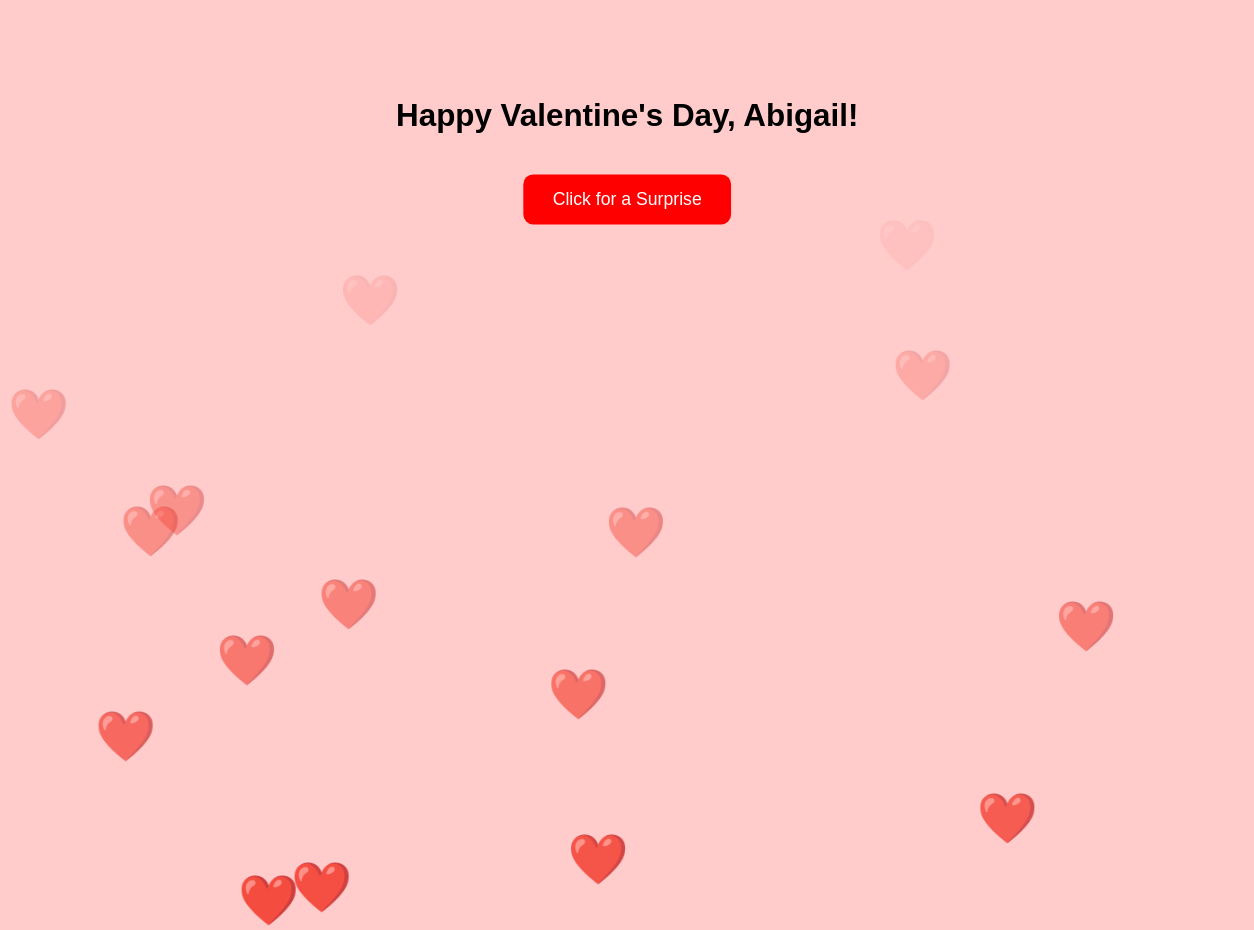
Repository: Jothankato05/Valentine
Page: Valentine/index.html
An editor plug-in stored every save of this project. The page is shown before and after a run of saves, followed by the edit.
The browser window is 1280 px wide. The pictures show the whole page, at 98% of full size.

Above is the page before, as saved 2025-02-14 14:31:54.

### Valentine/index.html
<!DOCTYPE html>
<html lang="en">
<head>
    <meta charset="UTF-8">
    <meta name="viewport" content="width=device-width, initial-scale=1.0">
    <title>Valentine's Surprise for S</title>
    <style>
        body {
            background-color: #ffcccb;
            text-align: center;
            font-family: 'Arial', sans-serif;
            overflow: hidden;
        }
        .container {
            margin-top: 100px;
        }
        .heart {
            color: red;
            font-size: 50px;
            position: absolute;
            animation: float 5s linear infinite;
        }
        @keyframes float {
            0% { transform: translateY(100vh); opacity: 1; }
            100% { transform: translateY(-10vh); opacity: 0; }
        }
        #surpriseBtn {
            background-color: red;
            color: white;
            padding: 15px 30px;
            border: none;
            font-size: 18px;
            cursor: pointer;
            border-radius: 10px;
            margin-top: 20px;
        }
        #message {
            display: none;
            font-size: 24px;
            color: darkred;
            margin-top: 20px;
        }
    </style>
</head>
<body>
    <div class="container">
        <h1>Happy Valentine's Day, Abigail!</h1>
        <button id="surpriseBtn">Click for a Surprise</button>
        <p id="message">You are the most amazing person in my life. I cherish you! ❤️</p>
    </div>

    <script>
        function createHeart() {
            const heart = document.createElement('div');
            heart.classList.add('heart');
            heart.innerHTML = '❤️';
            heart.style.left = Math.random() * 100 + 'vw';
            heart.style.animationDuration = Math.random() * 3 + 2 + 's';
            document.body.appendChild(heart);

            setTimeout(() => {
                heart.remove();
            }, 5000);
        }

        setInterval(createHeart, 300);

        document.getElementById('surpriseBtn').addEventListener('click', function() {
            document.getElementById('message').style.display = 'block';
        });
    </script>
</body>
</html>

After the next 3 saves:
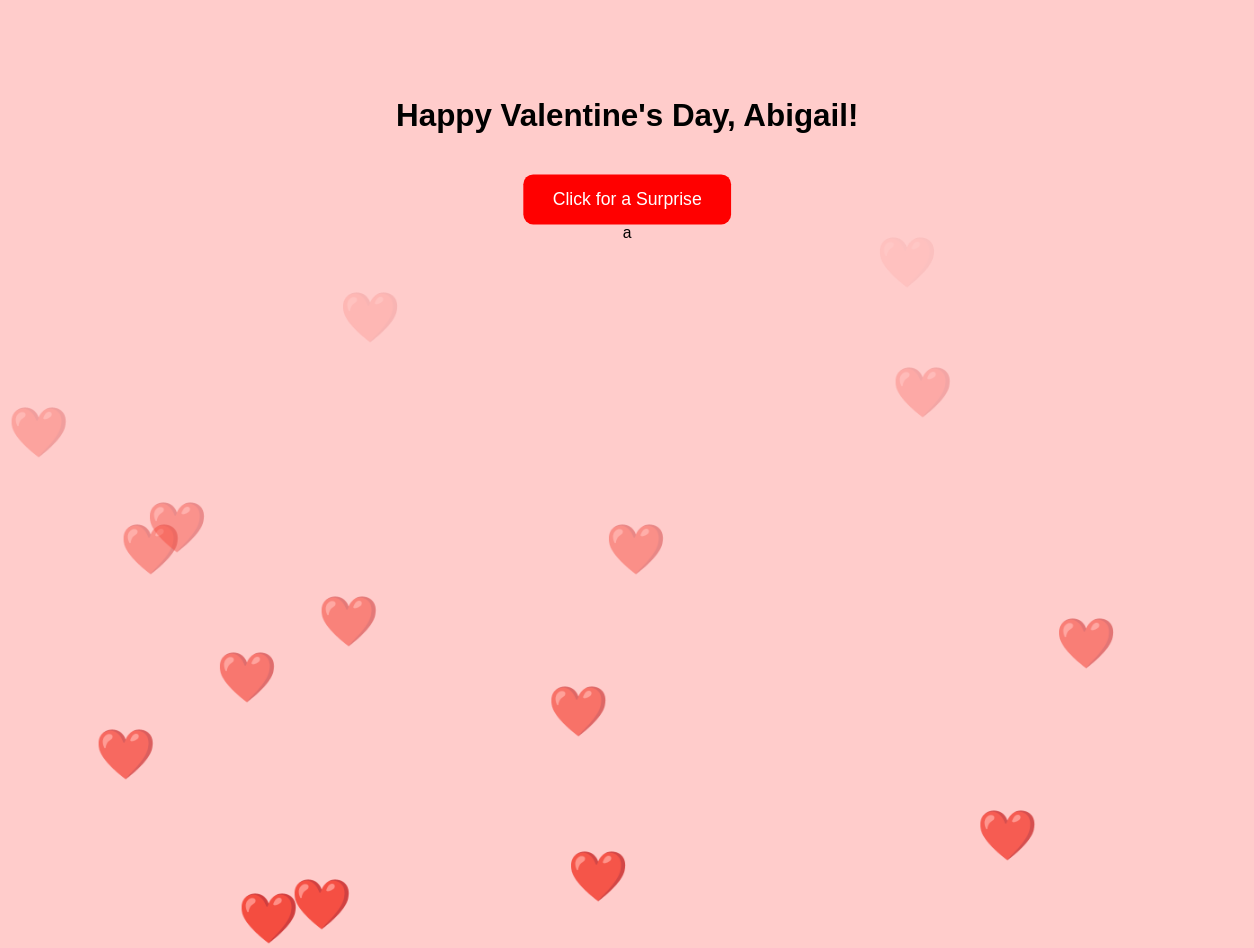
The 3 saves are shown as one change because they came seconds apart.
The last was saved 11 s later.
--- a/Valentine/index.html
+++ b/Valentine/index.html
@@ -3,7 +3,7 @@
 <head>
     <meta charset="UTF-8">
     <meta name="viewport" content="width=device-width, initial-scale=1.0">
-    <title>Valentine's Surprise for S</title>
+    <title>Valentine's Surprise for St</title>
     <style>
         body {
             background-color: #ffcccb;
@@ -70,4 +70,4 @@
         });
     </script>
 </body>
-</html>
+</html>a

After the 4 saves that followed:
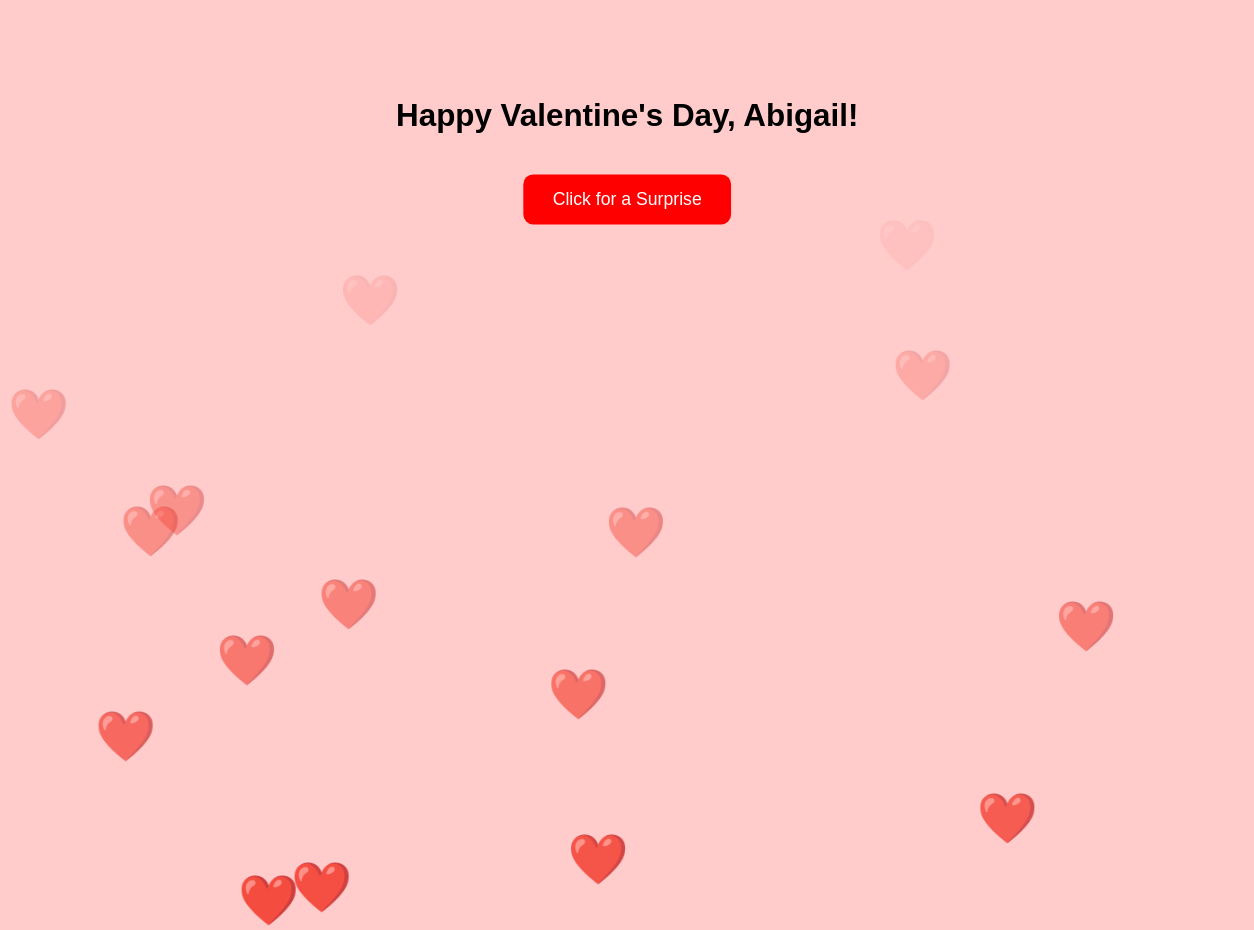
The 4 saves are shown as one change because 2 left the picture as it was and some came seconds apart.
The last was saved 17 s later.
--- a/Valentine/index.html
+++ b/Valentine/index.html
@@ -3,7 +3,7 @@
 <head>
     <meta charset="UTF-8">
     <meta name="viewport" content="width=device-width, initial-scale=1.0">
-    <title>Valentine's Surprise for St</title>
+    <title>Valentine's Surprise for Star</title>
     <style>
         body {
             background-color: #ffcccb;
@@ -70,4 +70,4 @@
         });
     </script>
 </body>
-</html>a
+</html>
